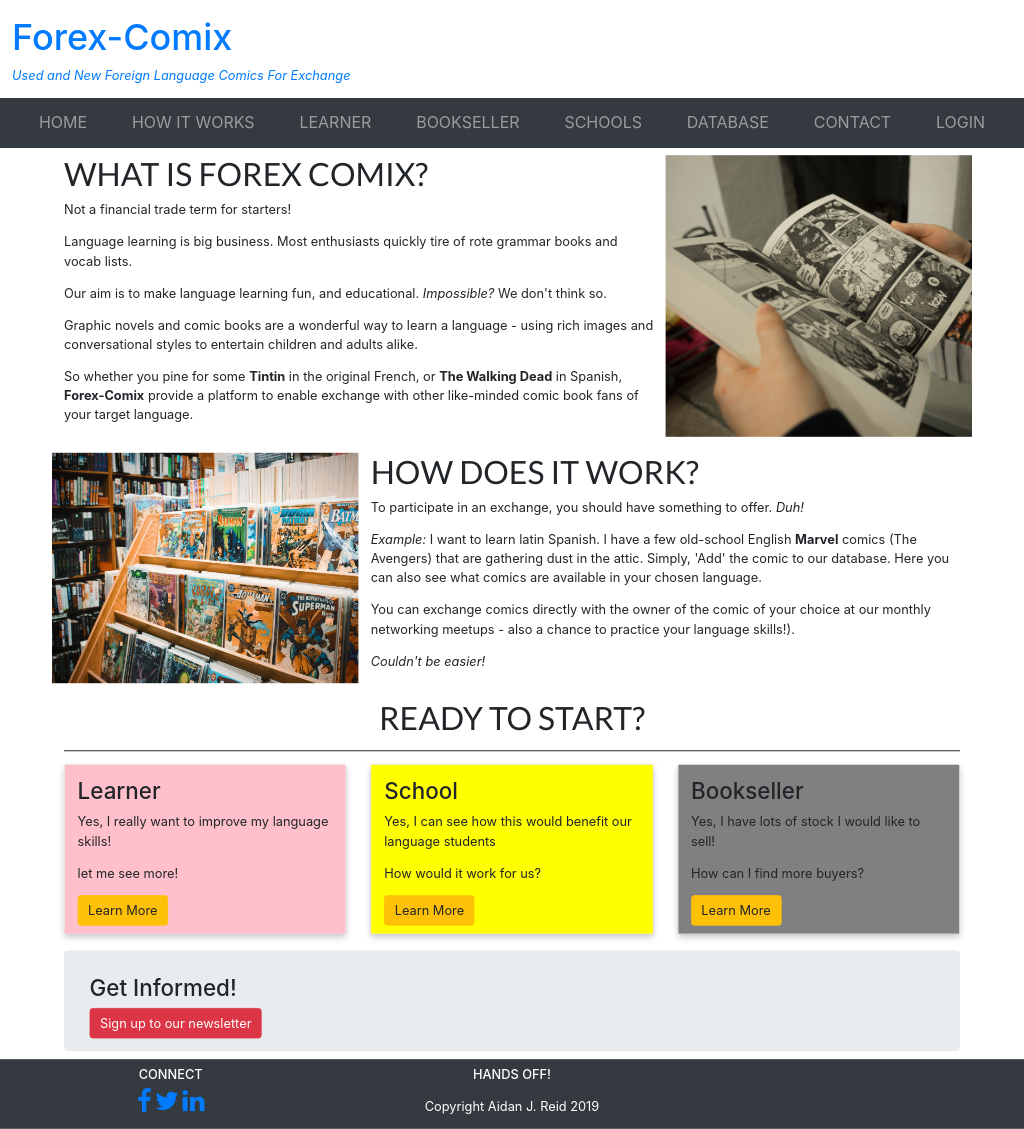
Repository: AidanJReid/Forex-Comix
Page: index.html
The author's editor kept a record of every edit. The page is drawn from the files as they stood at one moment, then again after the next edit.
The browser window is 1280 px wide. The pictures show the whole page, at 80% of full size.

Above is the page before.

### index.html
<!DOCTYPE html>
<html lang="en">

<head>
    <meta charset="UTF-8">
    <meta name="viewport" content="width=device-width, initial-scale=1.0">
    <meta http-equiv="X-UA-Compatible" content="ie=edge">
    <link rel="stylesheet" href="https://stackpath.bootstrapcdn.com/bootstrap/4.3.1/css/bootstrap.min.css" integrity="sha384-ggOyR0iXCbMQv3Xipma34MD+dH/1fQ784/j6cY/iJTQUOhcWr7x9JvoRxT2MZw1T" crossorigin="anonymous">
    <link rel="stylesheet" href="https://stackpath.bootstrapcdn.com/font-awesome/4.7.0/css/font-awesome.min.css" type="text/css" />
    <link href="https://fonts.googleapis.com/css?family=Lato:300i,400,400i,700,700i&display=swap" rel="stylesheet">
    <script src="https://ajax.googleapis.com/ajax/libs/jquery/3.4.1/jquery.min.js"></script>
    <script src="https://cdnjs.cloudflare.com/ajax/libs/popper.js/1.14.7/umd/popper.min.js"></script>
    <script src="https://maxcdn.bootstrapcdn.com/bootstrap/4.3.1/js/bootstrap.min.js"></script>
    <link rel="stylesheet" href="assets/css/style.css" type="text/css" />
    <title>Forex-Comix</title>
</head>

<body>
    <header id="home">
        <div class="container-fluid">
            <div class="row">
                <div class="col">
                    <a href="index.html">
                        <h4 id="Name">Forex-Comix</h4>
                        <p id="subtitle"><em>Used and New Foreign Language Comics For Exchange</em></p>
                    </a>
                </div>
            </div>
        </div>

        <nav class="navbar bg-dark navbar-dark navbar-expand-sm sticky-top" id="navbar">
            <button class="navbar-toggler" type="button" data-toggle="collapse" data-target="#collapsibleNavbar">
                <span class="navbar-toggler-icon"></span>
                </button>
            <div class="collapse navbar-collapse justify-content-center" id="collapsibleNavbar">
                <ul class="navbar-nav">
                    <li class="nav-item">
                        <a href="#home" class="nav-link">Home</a>
                    </li>
                    <li class="nav-item">
                        <a href="#welcome" class="nav-link">How it Works</a>
                    </li>
                    <li class="nav-item">
                        <a href="#books" class="nav-link">Learner</a>
                    </li>
                    <li class="nav-item">
                        <a href="#blog" class="nav-link">Bookseller</a>
                    </li>
                    <li class="nav-item">
                        <a href="#free" class="nav-link">Schools</a>
                    </li>
                    <li class="nav-item">
                        <a href="#form" class="nav-link">Database</a>
                    </li>
                    <li class="nav-item">
                        <a href="#form" class="nav-link">Contact</a>
                    </li>
                    <li class="nav-item">
                        <a href="#form" class="nav-link">Login</a>
                    </li>
                </ul>
            </div>
        </nav>

    </header>
    <div class="container-fluid" id="body-bg">
        <div class="container bio" id="what">
            <div class="row">
                <div class="col-xs-12 col-md-8">
                    <h1>What is Forex Comix?</h1>

                    <p>Not a financial trade term for starters!</p>

                    <p>Language learning is big business. Most enthusiasts quickly tire of rote grammar books and vocab lists.</p>

                    <p>Our aim is to make language learning fun, and educational. <em>Impossible?</em> We don't think so.</p>

                    <p>Graphic novels and comic books are a wonderful way to learn a language - using rich images and conversational styles to entertain children and adults alike.</p>

                    <p>So whether you pine for some <strong>Tintin</strong> in the original French, or <strong>The Walking Dead</strong> in Spanish, <strong>Forex-Comix</strong> provide a platform to enable exchange with other like-minded comic book fans
                        of your target language.</p>
                </div>
                <div class="d-none d-md-block col-md-4 blackwhite">
                </div>
            </div>
        </div>
        <div class="container how" id="how">
            <div class="row">
                <div class="d-none d-md-block col-md-4 stand">
                </div>
                <div class="col-xs-12 col-md-8">
                    <h1>How does it work?</h1>
                    <p>To participate in an exchange, you should have something to offer. <em>Duh!</em></p>

                    <p><em>Example:</em> I want to learn latin Spanish. I have a few old-school English <strong>Marvel</strong> comics (The Avengers) that are gathering dust in the attic. Simply, 'Add' the comic to our database. Here you can also see what comics are available
                        in your chosen language.</p>

                    <p>You can exchange comics directly with the owner of the comic of your choice at our monthly networking meetups - also a chance to practice your language skills!).</p>

                    <p><em>Couldn't be easier!</em></p>
                </div>
            </div>
        </div>
        <div class="container profiles" id="profiles">
            <h1 class="ready-header">Ready to start?</h1>
            <hr class="hr-main-sections">
            <div class="row">
                <div class="col-md-4">
                    <div class="card">
                        <div class="container-item" id="learner">
                            <h3>Learner</h3>
                            <p>Yes, I really want to improve my language skills!</p>
                            <p>let me see more!</p>
                            <div id="button">
                                <a href="blog1.html" type="button" class="btn btn-warning">Learn More</a>
                            </div>
                        </div>
                    </div>
                </div>

                <div class="col-md-4">
                    <div class="card">
                        <div class="container-item" id="school">
                            <h3>School</h3>
                            <p>Yes, I can see how this would benefit our language students</p>
                            <p>How would it work for us?</p>
                            <div id="button">
                                <a href="blog2.html" type="button" class="btn btn-warning">Learn More</a>
                            </div>
                        </div>
                    </div>
                </div>

                <div class="col-md-4">
                    <div class="card">
                        <div class="container-item" id="bookseller">
                            <h3>Bookseller</h3>
                            <p>Yes, I have lots of stock I would like to sell!</p>
                            <p>How can I find more buyers?</p>
                            <div id="button">
                                <a href="blog3.html" type="button" class="btn btn-warning">Learn More</a>
                            </div>
                        </div>
                    </div>
                </div>
            </div>
        </div>
        <div class="container nl" id="nl">
            <div class="jumbotron scroll text-left">
                <div class="row">
                    <div class="col">
                        <h3>Get Informed!</h3>
                        <a href="" type="button" class="btn btn-danger btn-md" id="subscribe" target="_blank">Sign up to our newsletter</a>
                    </div>
                </div>
            </div>
        </div>
    </div>
    <div class="container-fluid footer footer-dark bg-dark">
        <footer="container">
            <div class="row">
                <div class="col-sm-4 foot-col">
                    <h6>Connect</h6>
                    <a href="https://www.facebook.com/aidanjreidauthor/" target="_blank"><i class="fa fa-facebook fa-2x"></i></a>
                    <a href="http://www.twitter.com/aidanjreid" target="_blank"><i class="fa fa-twitter fa-2x"></i></a>
                    <a href="https://www.linkedin.com/in/aidanreid/" target="_blank"><i class="fa fa-linkedin fa-2x"></i></a>
                </div>
                <div class="col-sm-4 foot-col">
                    <h6>Hands off!</h6>
                    <p>Copyright Aidan J. Reid 2019</p>
                </div>
            </div>
            </footer>
    </div>
</body>

</html>

### assets/css/style.css
/* Home Page */

.blackwhite {
    background:url("../images/black.jpg");
    background-size: cover;
}

.stand {
    background:url("../images/stand.jpg");
    background-size: cover;
}


/* --------------------------- MISC/FONTS */

.container {
    padding: 10px;
}

/* --------------------------- MISC/FONTS */

.ready-header {
    text-align: center;
}

/* --------------------------- PROFILE SECTION */

#learner {
    background-color: pink;
}

#school {
    background-color: yellow;
}

#bookseller {
    background-color: grey;
}

/* --------------------------- PROFILE SECTION */

.jumbotron {
    text-align: center;
}

button {
    text-align: center;
    position: center;
}



/* --------------------------- MISC/FONTS */

/*#body-bg {*/
/*    background:url("../images/wall.jpg");*/
/*    background-size: contain;*/
/*    background-repeat: repeat;*/
/*}*/

h1 {
    font-family: 'Lato', sans-serif; /*link to style in html head*/
    text-transform: uppercase;
}

/* --------------------------- HEADER */

header {
    margin: 0px;
}

#Name {
    display: inline-block;
    font-size: 45px;
    width: 100%;
    padding-top: 20px;
}

.logo a {
    text-shadow: 0 0 5px #FF0000, 0 0 5px #0000FF;
    text-transform: uppercase;
    color: white;
}

.logo {
    background-color: black;
    font-family: 'Lato', sans-serif;
}

#Title {
    font-size: 18px;
    float: right;
}



/* --------------------------- NAV BAR */

.nav-item a {
    color: #f2f2f2;
    text-align: center;
    text-decoration: none;
    font-size: 20px;
    margin: 0 20px;
    text-transform: uppercase;

}

/*----------------------- BLOG section*/

.card {
  box-shadow: 0 4px 8px 0 rgba(0,0,0,0.2);
  transition: 0.3s;
  border-radius: 5px;
}

.card:hover {
  box-shadow: 0 8px 16px 0 rgba(0,0,0,0.2);
}

.container-item {
  padding: 2px 16px 10px 16px;
}

/* images and attributes in separate blog section below */

.blog-images {
    height: 250px;
    background-size: cover;
}

.blog-content {
    padding: 15px 0px 15px 0px;
}

h3 {
    padding-top: 15px;
}

/* blog container section*/

.blog {
    background-color: white;
    padding: 20px;
    margin-top: 20px;
}

.btn-warning a {
    text-decoration: none;
}

/*----------------------- FREE section*/

/* book background img - href="https://unsplash.com/photos/Oaqk7qqNh_c */

.free {
    background:url("../images/book-bg.jpg");
    padding: 20px;
    background-attachment: fixed;
    background-position: center;
    background-repeat: no-repeat;
    background-size: cover;
    margin-top: 20px;
}

.jumbotron {
    padding: 16px 32px;
    margin-bottom: 0;
}

.fright {
    text-align: right;
}

#subscribe {
    float: left;
}

.btn-danger a {
    color: white;
    text-decoration: none;
}

.hr-main-sections {
    background-color: black;
}

/*----------------------- FOOTER section*/

.footer p {
    color: white;
    padding-top: 10px;
}

.footer h6 {
    text-transform: uppercase;
    color: white;
    padding-top: 10px;
}

.foot-col {
    text-align: center;
}

After the next edit:
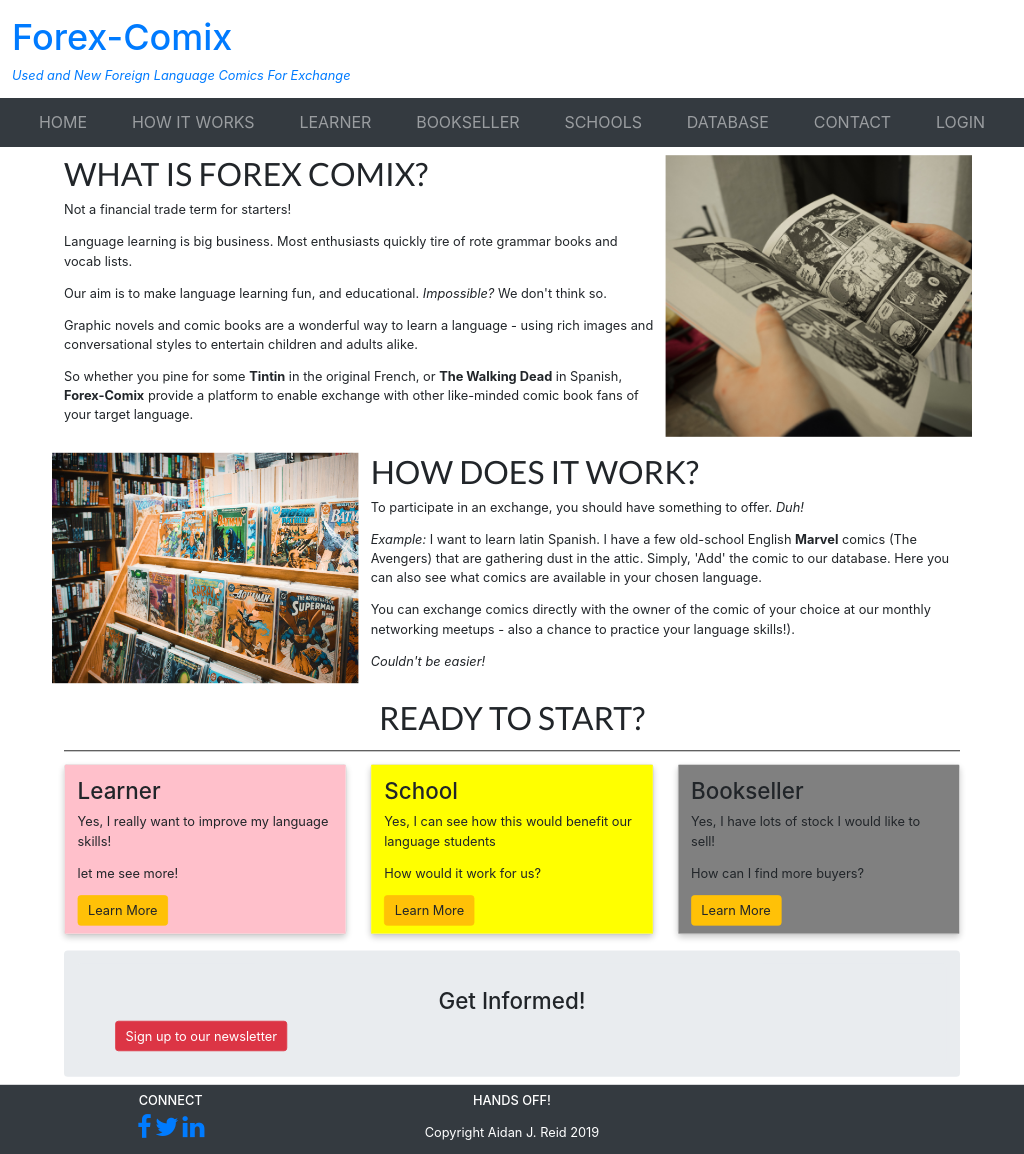
The edit:
--- a/index.html
+++ b/index.html
@@ -147,7 +147,7 @@
         </div>
         <div class="container nl" id="nl">
             <div class="jumbotron scroll text-left">
-                <div class="row">
+                <div class="jumbotron row">
                     <div class="col">
                         <h3>Get Informed!</h3>
                         <a href="" type="button" class="btn btn-danger btn-md" id="subscribe" target="_blank">Sign up to our newsletter</a>
